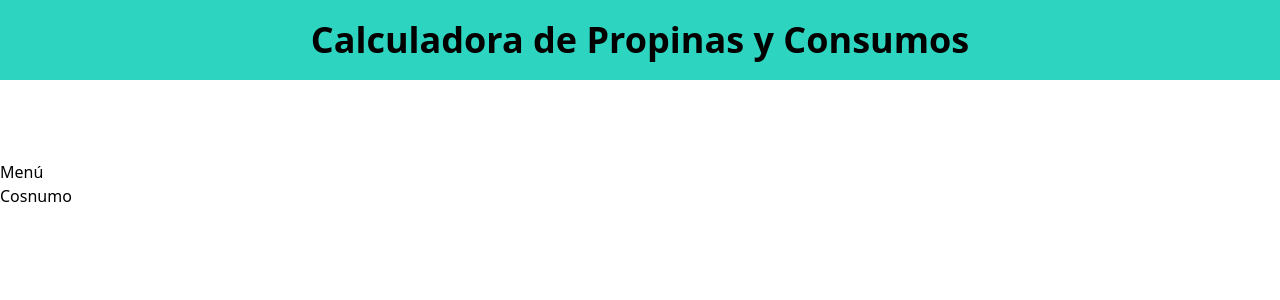
Repository: Matiiu/tip-calculator
Page: /
An editor plug-in stored every save of this project. The page is shown before and after the next save, followed by the edit.
The browser window is 1280 px wide. The pictures show the whole page.
The project was rebuilt for these pictures with package versions that can differ from the ones it lists, and the page was loaded fresh each time. Also part of the build but not shown: vite.config.ts.

Above is the page before, as saved 2024-03-29 09:36:08.

After the next save:
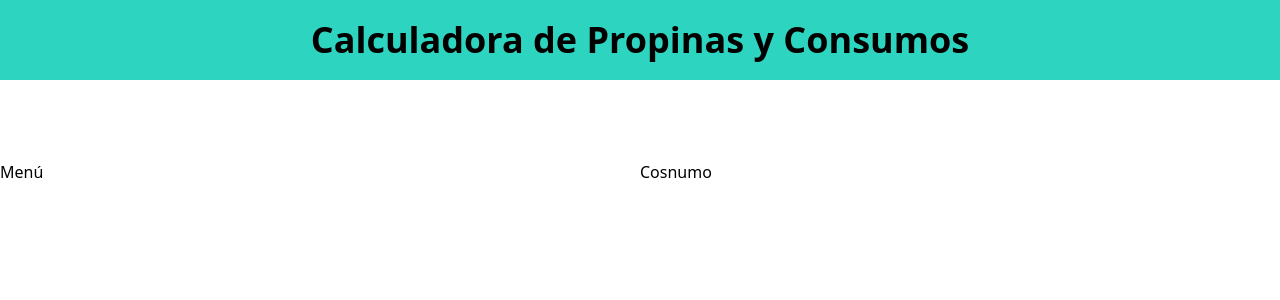
Saved 50 s later.
--- a/src/App.tsx
+++ b/src/App.tsx
@@ -5,7 +5,7 @@ export default function App() {
   return (
     <>
     <Header />
-      <main className="max-w-7xl mx-auto py-20">
+      <main className="max-w-7xl mx-auto py-20 grid grid-cols-2">
         <h2 className="">Menú</h2>
         <h2>Cosnumo</h2>
       </main>
